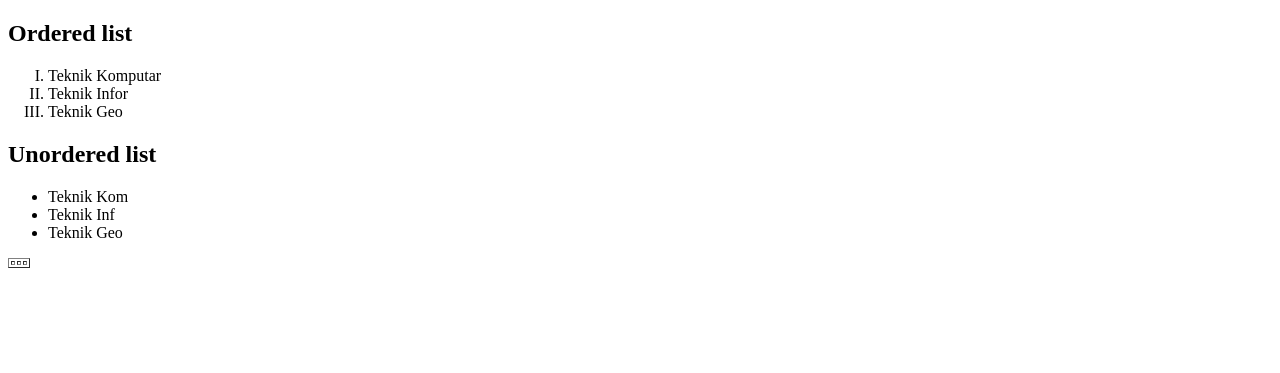
Repository: keyx-alt/pemrograman_web
Page: list.html
These files come from the project's save history. The page is drawn as it stood at one moment and after the next save; the edit follows.
The browser window is 1280 px wide. The pictures show the whole page.

Above is the page before, as saved 2026-04-16 13:57:03.

After the next save:
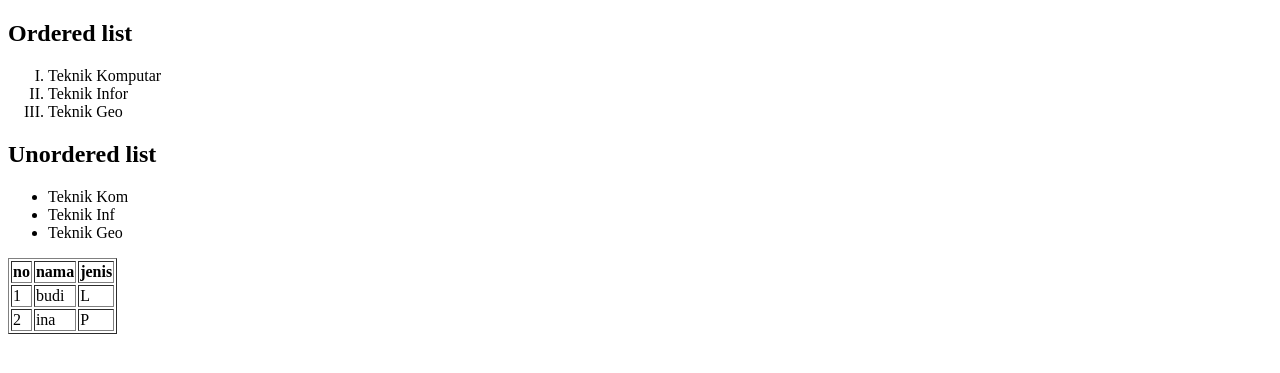
Saved 75 s later.
--- a/list.html
+++ b/list.html
@@ -24,9 +24,19 @@
 
     <table border="">
         <tr>
-            <th></th>
-            <th></th>
-            <th></th>
+            <th>no</th>
+            <th>nama</th>
+            <th>jenis</th>
+        </tr>
+        <tr>
+            <td>1</td>
+            <td>budi</td>
+            <td>L</td>
+        </tr>
+        <tr>
+            <td>2</td>
+            <td>ina</td>
+            <td>P</td>
         </tr>
     </table>
 
